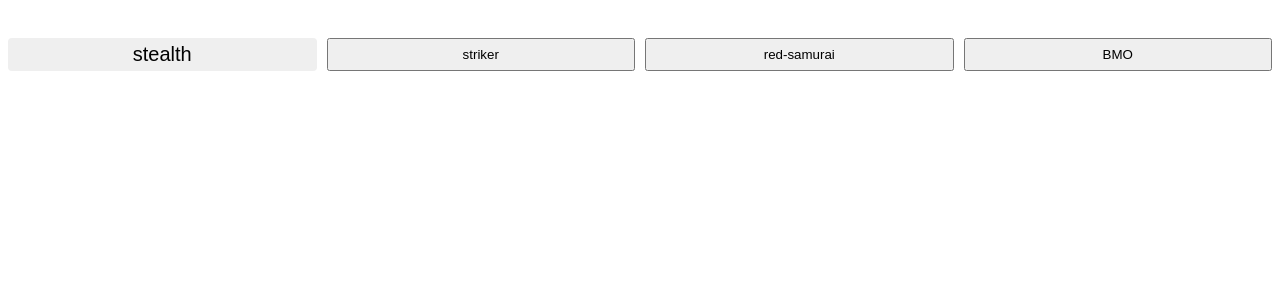
Repository: Lucid-art/Team-8-Project
Page: templates/theme.html
The author's editor kept a copy of each file at every save. The page is drawn from the files as they stood at one save, then again after a run of saves.
The browser window is 1280 px wide. The pictures show the whole page.

Above is the page before, as saved 2021-06-09 16:37:28.
Console error: TypeError: Cannot read properties of null (reading 'workTime')

### templates/theme.html
<!DOCTYPE html>
<html lang="en">
<head>
    <meta charset="UTF-8">
    <meta http-equiv="X-UA-Compatible" content="IE=edge">
    <meta name="viewport" content="width=device-width, initial-scale=1.0">
    <title>Document</title>
    <link rel= "stylesheet" href = "/static/style.css">
</head>
<body>

    <div class="theme-buttons">
    <button id="stealth" class="button-stuff">stealth</button>
    <button id="striker"class="btn-toggle"> striker </button>
    <button id="red-samurai"class="btn-toggle"> red-samurai </button>
    <button id="bmo"class="btn-toggle"> BMO </button>

    <!-- <button class="methol" onclick="methol()">BMO</button>
    <button class="striker" onclick="striker()">striker</button>
    <button class="red-samurai" onclick="redsamurai()">red samurai</button>
    <button class="sweden" onclick="myFunction()">sweden</button>
    <button class="bliss" onclick="myFunction()">bliss</button>
    <button class="pulse" onclick="myFunction()">pulse</button>
    <button class="metropolis" onclick="myFunction()">metropolis</button>
    <button class="stealth" onclick="myFunction()">stealth</button>
    <button class="aether" onclick="myFunction()">aether</button>
    <button class="darling" onclick="myFunction()">darling</button>
    <button class="cafe" onclick="myFunction()">cafe</button> -->

    </div>


<script src="/static/script.js"></script>
</body>
</html>

### static/style.css
body {
    --text-color: #000000;
    --bkg-color: #ffffff;
}

#main{
    display: inline;
    text-align: center;
}

hr {
    color: blue;
}

#wrap{
    text-align: center;
}


.body {
    margin: 0px;
    padding: 0px;
  }

.body
  .main-container {
    display: grid;
    place-content: center;
    margin: auto;
    width: 100%;
    max-width: 70%;
    height: 300px;
    background: var(--bkg-color);
    margin-top: 10px;
    border-radius: 5px;
    box-shadow: rgba(50, 50, 93, 0.25) 0px 6px 12px -2px, rgba(0, 0, 0, 0.3) 0px 3px 7px -3px;
  }
  .my-btns a{
      border: 1px solid whitesmoke;
      border-radius: 5px;
      text-decoration: none;
      color: whitesmoke;
      display: grid;
      place-content: center;
      width: 150px;
      background-color: transparent
  }
  .my-btns a:hover{
      background-color:whitesmoke;
      color: rgb(128, 128, 128);
  }

  .progBar{
      height: 20px;
      width: 95%;
  }

  input{
      border:none;
      box-shadow: rgba(60, 64, 67, 0.3) 0px 1px 2px 0px, rgba(60, 64, 67, 0.15) 0px 1px 3px 1px;
      border-radius: 3px;
      font-size: 0.9rem;
      outline: none;

  }

  .workDur{
      width: 140px;
  }
  .breakDur{
      width: 140px;
  }
  .taskDesc{
      width: 590px;
  }

  .item{
      height: 90px;
      width: 100%;
      max-width: 70%;
      box-shadow: rgba(60, 64, 67, 0.3) 0px 1px 2px 0px, rgba(60, 64, 67, 0.15) 0px 1px 3px 1px;
      border-radius: 5px;
      margin: auto;
      border-left: 6px solid #D9534F;

  }

/* New code*/

.theme-buttons {
    /*all the grid stuff*/
    display: grid;
    grid-template-columns: 1fr 1fr 1fr 1fr;
    grid-gap: 10px;
    /*transmation */
    transition:  .3s ease
}

.button-stuff {
    border-radius: 0.25rem;
    font-size: 20px;
    padding: 5px 60px;
    border: none;
    transition:  .3s ease;
    outline: none;
}

.button {
    border: none;
}

 body {
    background: var(--bkg-color);
    padding-bottom: 30px;
    padding-top: 30px;
}

body.stealth-theme {
    --text-color: #383e42;
    --bkg-color: #010203;
  }

  body.bmo-theme {
    --text-color: #124883;
    --bkg-color: #63bda4;
  }

  body.striker-theme {
    --text-color: #d6dbd9;
    --bkg-color: #124883;
  }

  body.red-samurai-theme {
    --text-color: #c79e6e;
    --bkg-color: #84202c;
  }
/*
.vaporwave {
    background-color: #a4a7ea;
    color:#e368da;
    border-radius: 0.25rem;
    font-size: 20px;
    padding: 5px 60px;
    border: none;
    transition:  .3s ease;
    outline: none;
}

.vaporwave:hover{
    transform: scale(1.2);
    -webkit-transform: scale(1.2);
    -ms-transform: scale(1.2);
}

.vaporwave-mode {
    background-color: #a4a7ea;
    color:#e368da;
}

.methol {
    background-color: #00c18c;
    color:#ffffff;    border-radius: 0.25rem;
    font-size: 20px;
    padding: 5px 60px;
    border: none;
    transition:  .3s ease
}

.methol:hover{
    transform: scale(1.2);
    -webkit-transform: scale(1.2);
    -ms-transform: scale(1.2);
}

.striker {
    background-color: #124883;
    color:#d6dbd9;    border-radius: 0.25rem;
    font-size: 20px;
    padding: 5px 60px;
    border: none;
    transition:  .3s ease
}

.striker:hover{
    transform: scale(1.2);
    -webkit-transform: scale(1.2);
    -ms-transform: scale(1.2);
}

.red-samurai {
    background-color: #84202c;
    color: #c79e6e;    border-radius: 0.25rem;
    font-size: 20px;
    padding: 5px 60px;
    border: none;
    transition:  .3s ease
}

.red-samurai:hover{
    transform: scale(1.2);
    -webkit-transform: scale(1.2);
    -ms-transform: scale(1.2);
}

.sweden {
    background-color: #0058a3;
    color: #ffcc02;   border-radius: 0.25rem;
    font-size: 20px;
    padding: 5px 60px;
    border: none;
    transition:  .3s ease
}

.sweden:hover{
    transform: scale(1.2);
    -webkit-transform: scale(1.2);
    -ms-transform: scale(1.2);
}

.bliss {
    background-color: #262727;
    color: #f0d3c9;    border-radius: 0.25rem;
    font-size: 20px;
    padding: 5px 60px;
    border: none;
    transition:  .3s ease
}

.bliss:hover{
    transform: scale(1.2);
    -webkit-transform: scale(1.2);
    -ms-transform: scale(1.2);
}

.pulse {
    background-color: #181818;
    color: #17b8bd;    border-radius: 0.25rem;
    font-size: 20px;
    padding: 5px 60px;
    border: none;
    transition:  .3s ease
}

.pulse:hover{
    transform: scale(1.2);
    -webkit-transform: scale(1.2);
    -ms-transform: scale(1.2);
}

.metropolis {
    background-color: #0f1f2c;
    color: #e368da;    border-radius: 0.25rem;
    font-size: 20px;
    padding: 5px 60px;
    border: none;
    transition:  .3s ease
}

.metropolis:hover{
    transform: scale(1.2);
    -webkit-transform: scale(1.2);
    -ms-transform: scale(1.2);
}

.stealth {
    background-color: #010203;
    color:#383e42;    border-radius: 0.25rem;
    font-size: 20px;
    padding: 5px 60px;
    border: none;
    transition:  .3s ease
}

.stealth:hover{
    transform: scale(1.2);
    -webkit-transform: scale(1.2);
    -ms-transform: scale(1.2);
}

.aether {
    background-color: #101820;
    color:#eedaea;    border-radius: 0.25rem;
    font-size: 20px;
    padding: 5px 60px;
    border: none;
    transition:  .3s ease
}

.aether:hover{
    transform: scale(1.2);
    -webkit-transform: scale(1.2);
    -ms-transform: scale(1.2);
}

.darling {
    background-color: #fec8cd;
    color: #ffffff;    border-radius: 0.25rem;
    font-size: 20px;
    padding: 5px 60px;
    border: none;
    transition:  .3s ease
}

.darling:hover{
    transform: scale(1.2);
    -webkit-transform: scale(1.2);
    -ms-transform: scale(1.2);
}

.cafe {
    background-color: #ceb18d;
    color:#14120f;    border-radius: 0.25rem;
    font-size: 20px;
    padding: 5px 60px;
    border: none;
    transition:  .3s ease
}

.cafe:hover{
    transform: scale(1.2);
    -webkit-transform: scale(1.2);
    -ms-transform: scale(1.2);
}
*/

*{
    box-sizing:border-box;
}

### static/script.js
const descForm = document.querySelector('.desc-form')
const myBtns = document.querySelector('.my-btns');
const errorMessage = document.querySelector('.error')
const remTime = document.querySelector('.remTime');
const notice = document.querySelector('.noticeBoard')

const completed = document.querySelector('.completed-list')

let workDuration = descForm.workTime.value;
let breakDuration = descForm.breakTime.value;
let shortDesc = descForm.shortDesc.value;
let timeRatio_of_progress = ((workDuration * 60)/100) * 1000;

descForm.workTime.addEventListener('keyup',e=>{
    errorMessage.classList.add('d-none')
    workDuration = e.target.value;
    workMinutes = workDuration - 1;
    timeRatio_of_progress = ((workDuration * 60)/100) * 1000;

})
descForm.breakTime.addEventListener('keyup',e=>{
    errorMessage.classList.add('d-none')
    breakDuration = e.target.value;
    breakMinutes = breakDuration - 1;

})
descForm.shortDesc.addEventListener('keyup',e=>{
    errorMessage.classList.add('d-none')
    shortDesc = e.target.value;
})



//Variables
let workMinutes  = workDuration -1;
let breakMinutes = breakDuration -1;
let timer1 = undefined
let timer2 = undefined
let breakcount = 0;
let seconds = 60;
let currentTime = undefined;
let EndTime = undefined;
let width = 0;




myBtns.addEventListener('click',(e)=>{
    if(e.target.classList.contains('start')){
        if(workDuration !== '0' && workDuration !==''){
            if(breakDuration !== '0' && breakDuration !== ''){
                if(shortDesc !== ''){
                    myIntervals();
                    disabling();
                    console.log(1)
                    myBtns.children[1].classList.remove('d-none')
                    myBtns.children[2].classList.add('d-none')
                    const checkCurrtime = new Date();
                    currentTime = checkCurrtime.toLocaleTimeString();
                }
                else{
                errorMessage.classList.remove('d-none')
                }
            }
            else{
            errorMessage.classList.remove('d-none')
            }
        }
        else{
            errorMessage.classList.remove('d-none')
        }

        }
    else if(e.target.classList.contains('pause')){
        clearInterval(timer1);
        clearInterval(timer2)
        myBtns.children[1].classList.add('d-none')
        myBtns.children[0].classList.remove('d-none')
    }
    else if(e.target.classList.contains('resume')){
        myIntervals();
        myBtns.children[0].classList.add('d-none')
        myBtns.children[1].classList.remove('d-none')
    }
    else if(e.target.classList.contains('stop')){
        myBtns.children[0].classList.add('d-none')
        myBtns.children[1].classList.add('d-none')
        myBtns.children[2].classList.remove('d-none')

        const checkEndtime = new Date();
        EndTime = checkEndtime.toLocaleTimeString();

        let html = `
        <div class="item my-4">
            <h5 class="px-4 mb-2 pt-3" style="color: green;">${shortDesc}</h5>
            <p class="px-4 fw-normal">${sessionTime()}</p>
        </div>     `
        completed.innerHTML += html
        clearAll();
    }

})




//fucntion, which is for showing the remaining time to user
let timeReamaining = () =>{
    seconds = seconds - 1;
    if(seconds === 0){
        workMinutes = workMinutes - 1;
        if(workMinutes === -1){
            if(breakcount % 2 === 0){
                workMinutes = breakMinutes;
                breakcount = breakcount + 1;
                notice.innerText = `(Break Time)`

            }else{
                width = 1;
                workMinutes = workDuration - 1;
                breakcount = breakcount + 1;
                notice.innerText = ' ';

        }
    }
        seconds = 59;
    }
//Here we are rendring the change in time on the timer screen
let html = `${workMinutes<10? `0${workMinutes}`:workMinutes}:${seconds<10? `0${seconds}`:seconds}`
remTime.innerText = html;
}


const progressBar1 = document.querySelector('.p1')
const progressBar2 = document.querySelector('.p2')
let increaseProgress = () =>{
    if(width === 100){
        progressBar1.style.width = 1 + '%'
        progressBar2.style.width = 1 + '%'
    }else{
        width ++;
        progressBar1.style.width = width + '%';
        progressBar2.style.width = width + '%';

    }

}

//fucntion to start time intervals
let myIntervals = () =>{
    timer1 = setInterval(timeReamaining,1000);
    timer2 = setInterval(increaseProgress,timeRatio_of_progress)
}

let disabling = () =>{
   descForm.workTime.disabled = true
   descForm.breakTime.disabled = true
   descForm.shortDesc.disabled = true
}
let enabling = () =>{
    descForm.workTime.disabled = false;
    descForm.breakTime.disabled = false;
    descForm.shortDesc.disabled = false;
    descForm.reset();
}

//function to reset all values
let clearAll = () =>{
    enabling();
    clearInterval(timer1)
    clearInterval(timer2)
    workMinutes = workDuration - 1;
    seconds = 60;
    breakMinutes = breakDuration - 1;
    shortDesc = ''
    progressBar1.style.width = 1 + '%'
    progressBar2.style.width = 1 + '%'
    remTime.textContent = `00:00`
    notice.textContent = '';
    width = 1

}

//fuction to show the starting and ending time
let sessionTime = () =>{
    return `Session was started at ${currentTime} and ended at ${EndTime}`
}

//theme page code

const stealth = document.querySelector("#stealth");
const striker = document.querySelector("#striker");
const redsamurai =  document.querySelector("#red-samurai");
const bmo =  document.querySelector("#bmo");


//where the code is saved to localstorage

const currentTheme = localStorage.getItem("theme");
if (currentTheme == "stealth") {
  document.body.classList.add("stealth-theme");
}else if (currentTheme == "striker") {
  document.body.classList.add("striker-theme");
}else if (currentTheme == "redsamurai") {
  document.body.classList.add("red-samurai-theme");
}else if (currentTheme == "bmo") {
  document.body.classList.add("bmo-theme");
}

stealth.addEventListener("click", function () {
  document.body.classList.toggle("stealth-theme"); //where the css id should go

  let theme = "light";
  if (document.body.classList.contains("stealth-theme")) {
    theme = "stealth";
  }
  localStorage.setItem("theme", theme);
});

//striker

striker.addEventListener("click", function () {
  document.body.classList.toggle("striker-theme");

  let theme = "light";
  if (document.body.classList.contains("striker-theme")) {
    theme = "striker";
  }
  localStorage.setItem("theme", theme);// this is pretty esentail <-- dislexia
});


//redsamurai

redsamurai.addEventListener("click", function () {
  document.body.classList.toggle("red-samurai-theme");

  let theme = "light";
  if (document.body.classList.contains("red-samurai-theme")) {
    theme = "redsamurai";
  }
  localStorage.setItem("theme", theme);
});

//BMO theme
bmo.addEventListener("click", function () {
  document.body.classList.toggle("bmo-theme");

  let theme = "light";
  if (document.body.classList.contains("bmo-theme")) {
    theme = "bmo";
  }
  localStorage.setItem("theme", theme);
});

After the next 3 saves:
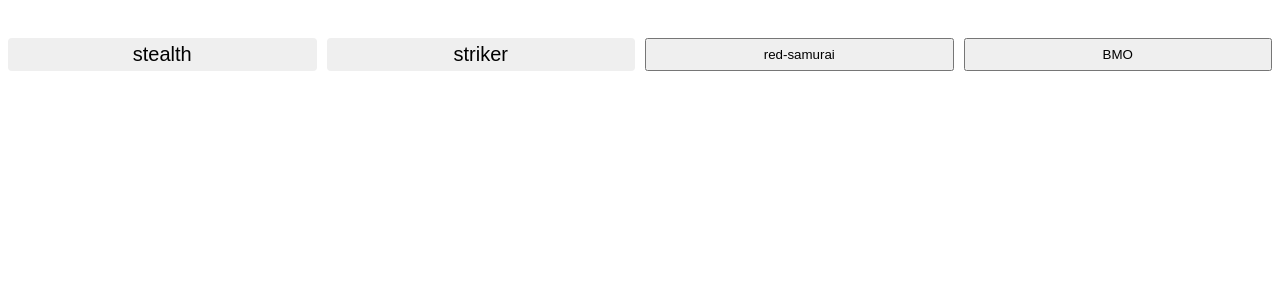
The 3 saves are shown as one change because they came seconds apart.
The last was saved 4 min 23 s later.
--- a/templates/theme.html
+++ b/templates/theme.html
@@ -11,7 +11,7 @@
 
     <div class="theme-buttons">
     <button id="stealth" class="button-stuff">stealth</button>
-    <button id="striker"class="btn-toggle"> striker </button>
+    <button id="striker"class="button-stuff"> striker </button>
     <button id="red-samurai"class="btn-toggle"> red-samurai </button>
     <button id="bmo"class="btn-toggle"> BMO </button>
 
